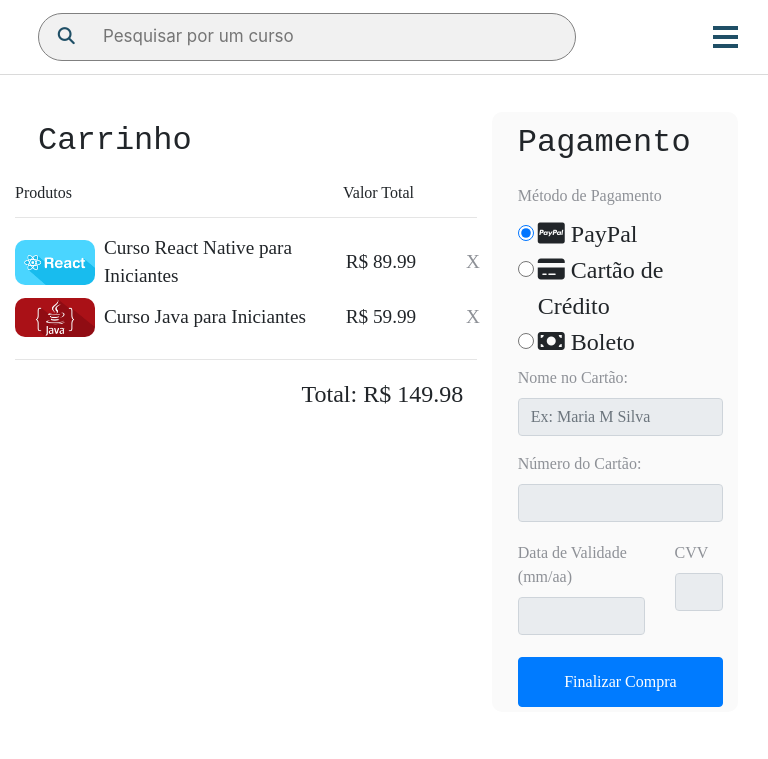
Repository: dudualtmann/Wissen
Page: Projeto Final2/WebContent/checkout.html
The author's editor kept a copy of each file at every save. The page is drawn from the files as they stood at one save, then again after the next save.
The browser window is 768 px wide. The pictures show the whole page.
Some web fonts or font styles are not loaded; a fallback is used. Some web libraries are served in a nearby version.

Above is the page before, as saved 2021-01-30 06:50:39.

### Projeto Final2/WebContent/checkout.html
<!doctype html>
<html lang="pt-br">
  <head>
    <title>Wissen | Checkout</title>
    <!-- Required meta tags -->
    <meta charset="ISO-8859-1">
    <meta name="viewport" content="width=device-width, initial-scale=1, shrink-to-fit=no">
    <link href="https://fonts.googleapis.com/css2?family=Bree+Serif&display=swap" rel="stylesheet">
    <link href="https://fonts.googleapis.com/css2?family=Big+Shoulders+Inline+Display:wght@600&display=swap" rel="stylesheet">
    <link rel="preconnect" href="https://fonts.gstatic.com">
    <link href="https://fonts.googleapis.com/css2?family=Major+Mono+Display&display=swap" rel="stylesheet">
    <link rel="stylesheet" href="css/style.css">
    <link rel="stylesheet" href="css/checkout.css">
    <script src="https://kit.fontawesome.com/b1b1442df1.js" crossorigin="anonymous"></script>
    <!-- Bootstrap CSS -->
    <link rel="stylesheet" href="https://stackpath.bootstrapcdn.com/bootstrap/4.3.1/css/bootstrap.min.css" integrity="sha384-ggOyR0iXCbMQv3Xipma34MD+dH/1fQ784/j6cY/iJTQUOhcWr7x9JvoRxT2MZw1T" crossorigin="anonymous">
  </head>
  <body>

    <header class="header-wissen">
        <nav class="menu-topo-wissen row">
        <div class="wis-menu col-sm-2">
            <a class="logo-wissen-a" href="index.html" title="Wissen - A Plataforma do Conhecimento">
                <img class="logo-wissen" src="images/labelwissen.png" alt="WISSEN">
            </a>
        </div>

        <nav class="menu-itens col-sm-6">
            <span class="nav-item"><a href="#">Categorias</a></span>
            <span class="span-search">
                <input type="text" placeholder="Pesquisar por um curso">
                <button type="submit"><i class="fa fa-search"></i></button>
            </span>
        </nav>

        <div class="login-box col-sm-4 pr-5">
            <a class="btn-cart" href="#" role="button" ><i class="fas fa-shopping-cart"></i></a>
            <a class="btn-heart" href="#" role="button" ><i class="fas fa-heart"></i></a>
            <a class="btn-cursos" href="#" role="button" >Meus Cursos</a>
            <a href="#"><i class="fas fa-user link-login-wissen login-svg" ></i></a>
        </div>
    </nav>
    <!-- Mobile -->
    <nav class="nav-mobile">


        <span class="span-search">
            <input type="text" placeholder="Pesquisar por um curso">
            <button type="submit"><i class="fa fa-search"></i></button>
        </span>



        <div class="burger">
            <div class="line1"></div>
            <div class="line2"></div>
            <div class="line3"></div>
        </div>

        <ul class="nav-links">
            <li class="nav-li1"><a href="#">Categorias</a></li>
            <li ><a class="btn-cart" href="#" role="button" ><i class="fas fa-shopping-cart"></i></a></li>
            <li ><a class="btn-heart" href="#" role="button" ><i class="fas fa-heart"></i></a></li>
            <li ><a class="btn-cursos" href="#" role="button" >Meus Cursos</a></li>
            <li><a href="#"><i class="fas fa-user link-login-wissen login-svg"></i></a></li>
            <li><a class="logo-wissen-a" href="home.html" title="Wissen - A Plataforma do Conhecimento">
                <img class="logo-wissen" src="images/labelwissen.png" alt="WISSEN">
            </a></li>
        </ul>
    </nav>
    </header>

    <main class="container-fluid">
        <form action="SvCadastroPedido" method="POST">
            <input type="hidden" name="id_cursos" id="id_cursos" value="">
            <input type="hidden" name="total-price" id="total-price" value="">

        <section class="row main-section">

        <div class="col-md-8 left-col">
            <p class="p-title">Carrinho</p>
            <div class="divider">
                <div class="div-products">
                    <div class="row labels">
                        <p class="col-md-8">Produtos</p>
                        <p class="col-md-4">Valor Total</p>
                    </div>
                    <hr>

                    <div class="courses row align-items-center">
                        <div class="col-md-8 item">
                            <img src="images/react.png" alt="">
                            <div class="p-text">Curso React Native para Iniciantes</div>
                        </div>
                        <div class="col-md-3">
                            <div class="p-text">R$ 89.99</div>
                        </div>
                        <div class="col-md-1"><button class="btn-x">X</button></div>
                        <input type="hidden" class="id-curso" value="2">
                    </div>

                    <div class="courses row align-items-center">
                        <div class="col-md-8 item">
                            <img src="images/java.png" alt="">
                            <div class="p-text">Curso Java para Iniciantes</div>
                        </div>
                        <div class="col-md-3">
                            <div class="p-text">R$ 59.99</div>
                        </div>
                        <div class="col-md-1"><button class="btn-x">X</button></div>
                        <input type="hidden" class="id-curso" value="1">
                    </div>

                    <hr>
                    <div class="total">
                        <p class="total-price">Total: R$ <span id="preco-total">149.98</span></p>
                    </div>

                </div>
            </div>
        </div>

        <div class="col-md-4 right-col">
            <p class="p-title">Pagamento</p>
            <div class="div-checkout">
                <label class="l-text">Método de Pagamento</label>
                <div class="form-check">
                    <label class="form-check-label">
                    <input type="radio" class="form-check-input" name="payment-method" id="" value="PayPal" checked>
                    <i class="fab fa-cc-paypal"></i> PayPal
                  </label>
                </div>
                <div class="form-check">
                    <label class="form-check-label">
                    <input type="radio" class="form-check-input" name="payment-method" id="" value="Cartão de Crédito">
                    <i class="fas fa-credit-card"></i> Cartão de Crédito
                  </label>
                </div>
                <div class="form-check">
                    <label class="form-check-label">
                    <input type="radio" class="form-check-input" name="payment-method" id="" value="Boleto">
                    <i class="fas fa-money-bill"></i> Boleto
                  </label>

                </div>
                <div class="form-group first-input">
                    <label class="l-text">Nome no Cartão:</label>
                    <input type="text"
                      class="form-control" name="name" id="" aria-describedby="helpId" placeholder="Ex: Maria M Silva" disabled>
                </div>
                <div class="form-group">
                    <label class="l-text">Número do Cartão:</label>
                    <input type="text"
                      class="form-control" name="name" id="" aria-describedby="helpId" placeholder="" disabled>
                </div>

                <div class="row">
                  <div class="form-group col-md-8">
                    <label class="l-text">Data de Validade (mm/aa)</label>
                    <input type="text"
                        class="form-control" name="" id="" aria-describedby="helpId" placeholder="" disabled>
                  </div>
                  <div class="form-group col-md-4">
                    <label class="l-text">CVV</label>
                    <input type="number"
                        class="form-control" name="" id="" aria-describedby="helpId" placeholder="" disabled>
                  </div>
                </div>

                <input name="" id="" class="btn btn-primary btn-finalizar" type="submit" value="Finalizar Compra">
            </div>
        </div>

    </section>
    </form>
    </main>





    <!-- Optional JavaScript -->

    <script src="https://ajax.googleapis.com/ajax/libs/jquery/3.5.1/jquery.min.js"></script>


    <!-- jQuery first, then Popper.js, then Bootstrap JS -->
    <script src="https://code.jquery.com/jquery-3.3.1.slim.min.js" integrity="sha384-q8i/X+965DzO0rT7abK41JStQIAqVgRVzpbzo5smXKp4YfRvH+8abtTE1Pi6jizo" crossorigin="anonymous"></script>
    <script src="https://cdnjs.cloudflare.com/ajax/libs/popper.js/1.14.7/umd/popper.min.js" integrity="sha384-UO2eT0CpHqdSJQ6hJty5KVphtPhzWj9WO1clHTMGa3JDZwrnQq4sF86dIHNDz0W1" crossorigin="anonymous"></script>
    <script src="https://stackpath.bootstrapcdn.com/bootstrap/4.3.1/js/bootstrap.min.js" integrity="sha384-JjSmVgyd0p3pXB1rRibZUAYoIIy6OrQ6VrjIEaFf/nJGzIxFDsf4x0xIM+B07jRM" crossorigin="anonymous"></script>
    <script src="js/nav.js"></script>
    <script src="js/checkout.js"></script>

  </body>
</html>

### Projeto Final2/WebContent/css/style.css
/* style.css */

/* --- Header ---- */

.menu-topo-wissen{
    width: 100%;
}

.logo-wissen{
    margin-left: 25px;
    width: 170px;
}

.header-wissen{
    height: 75px;
    position: fixed;
    top: 0;
    z-index: 120;
    background-color: #fff;
    width: 100%;
    display: flex;
    align-items: center;
    padding: 0;
    border-bottom: 1px solid #dadada;
    box-sizing: border-box;
}

.login-box{
    display: flex;
    flex: 0 0 auto;
    align-items: center;
    justify-content: flex-end;
}

.login-svg{
    width: 30px;
}

.btn-cadastrar{
    background: #D9E7EE;
    right: 25px;
    color: #1F4F66;
    top: 18px;
    padding: 13px 20px;
    border-radius: 26px;
    font-weight: 600;
    margin-right: 10px;
    cursor: pointer;
    text-decoration: none;
}

.menu-itens{
    display: flex;
    justify-content: flex-start;
    align-items: center;
    font-family: 'Bree Serif', serif;
}

.menu-itens span a{
    text-decoration: none;
    color: #1F4F66;
    font-size: 1.4rem;
}

.menu-itens span a:hover{
    color: #1f50669a;
}

.nav-item{
    margin-left: 5%;
}

.burger{
    display: none;
}

.burger div{
    width: 25px;
    height: 4px;
    background-color:  #1F4F66;
    margin: 5px;
}

.nav-links{
    font-family: 'Bree Serif', serif;
    list-style: none;
    color: #1F4F66;
    font-size: 1.4rem;
    display: none;
}

.nav-links a{
    color: #1F4F66;
    text-decoration: none;
}

.nav-links a:hover{
    color: #1f50669a;
    text-decoration: none;
}

.nav-mobile{
    display: none;
}

/* CSS da NAV de quanto está logado */

.btn-cart{
    color: #1F4F66;
    font-size: 25px;
    padding: 13px 20px;

}

.btn-heart{
    color: #1F4F66;
    font-size: 25px;
    padding: 13px 20px;
    border-radius: 26px;
    margin-right: 20px;
}

.login-box a:hover{
    color:  #1f50669a;
}

.span-search {
    border: 1px solid grey;
    background: #f1f1f1;
    border-radius: 25px;
    width: 100%;
    margin-left: 5%;
}

.span-search input{
    padding: 10px;
    font-size: 17px;
    border: none;
    width: 90%;
    background: transparent;
    outline: none;
}

.span-search button {
    width: 10%;
    padding: 10px;
    float: left;
    background-color: transparent;
    border: none;
    text-decoration: none;
    color: #1F4F66;
    font-size: 17px;
    border-left: none; /* Prevent double borders */
    cursor: pointer;
}

.btn-cursos{
    font-family: 'Bree Serif', serif;
    text-decoration: none;
    color: #1F4F66;
    font-size: 1.4rem;
    margin-right: 5%;
}

.btn-cursos:hover{
    text-decoration: none;
    color:  #1f50669a;
}

.login-svg{
    color: #1F4F66; font-size: 30px;

}

.cart-number{
    position: absolute;
    text-align: center;
    font-family: 'Bree Serif', serif;
    top: 15px;
    right: 327px;
    background-color: red;
    width: 20px;
    border-radius: 80%;
}

/* Footer */

.footer-wissen{
    width: 100vw;
    background-color: rgb(241, 241, 241);
}

.footer-slogan h1{
    color: black;
    font-family: 'Bree Serif', serif;
    font-size: 24px;
    font-weight: 600;
    line-height: 1.88;
}

.copyright p{
    color:  rgba(121, 121, 121, 0.7);
    font-family: Inter;
    font-size: 1.3rem;
    font-weight: 300;
}



@media screen and (max-width:848px){

    .nav-mobile{
        display: flex;
        justify-content: space-around;
        align-items: center;
    }

    .wis-menu{
        position: absolute;
        left: 0;
    }

    .menu-topo-wissen .wis-menu,.menu-topo-wissen .menu-itens, .menu-topo-wissen .login-box{
        display: none;
    }

    .burger{
        display: block;
        margin-right: 25px;
        cursor: pointer;
    }

    .nav-links{
        display: flex;
        position: absolute;
        right: 0px;
        height: 110vh;
        top: 75px;
        background-color:#fff;
        flex-direction: column;
        align-items: center;
        width: 100%;
        transition: transform 0.5s ease-in;
        transform: translateX(100%);
    }

    .nav-links li{
        padding: 20px;
        opacity: 0;
    }

    .nav-li1{
        margin-top: 20px;
    }

    .login-box{
        margin-left: 40%;
    }

    .span-search input{
        width: 80%;
    }

    .span-search{
        width: 70%;
        position: absolute;
        left: 0;
    }

    .btn-heart{
        margin-right: 0;
    }

    .btn-cursos{
        margin-right: 0;
    }



}

.nav-active{
    transform: translateX(0%);
}

@keyframes navLinkFade{
    from{
        opacity: 0;
        transform: translateX(50px);
    }
    to{
        opacity: 1;
        transform: translateX(0px);
    }
}

### Projeto Final2/WebContent/css/checkout.css
/* checkout.css */

*{
    margin: 0px;
    padding: 0px;
    box-sizing: border-box;
    text-decoration: none;

}

.main-section{
    margin-top: 75px;
    width: 100%;
    height: 100%;
}

.p-title{
    margin-top: 1%;
    font-size: 2.0rem;
    margin-left: 5%;
    font-family: 'Major Mono Display', monospace;
}

.left-col,.right-col{
    margin-top: 5%;
    height: 600px;
}

/* Left-col */

.div-products{
    font-family: 'Bree Serif', serif;
    width: 85%;
}

.labels{
    height: 20px;
}

.divider{
    width: 100%;
    margin-top: 3%;
    display: flex;
    justify-content: center;
}

.courses{
    margin-top: 2%;
    height: 50px;
}

.btn-x{
    background-color: #FFFFFF;
    border: none;
    width: 100%;
    font-size: 1.2rem;
    color: #8E9197;
}

.btn-x:hover{
    color: #c4c4c5;
}

.p-text{
    font-size: 1.2rem;
    margin-left: 3%;
}

.item{
    display: flex;
    align-items: center;
}

.item img{
    width: 80px;
    border-radius: 10px;
}

.total{
    display: flex;
    width: 100%;
    justify-content: flex-end;
}

.total-price{
    margin-right: 3%;
    font-size: 1.5rem;
}

/* Right-col */

.right-col{
    background-color: #FAFAFA;
    padding: 5px;
    border-radius: 10px;
}

.div-checkout{
    margin-top: 8%;
    margin-left: 5%;
    font-family: 'Bree Serif', serif;
}

.l-text{
    font-family: 'Bree Serif', serif;
    font-size: 1.0rem;
    color: #8E9197;
}

.form-check-label{
    font-size: 1.5rem;
}

.form-check-input{
    height: 1.5rem;
    width: 1rem;
}

.form-group{
    margin-top: 1%;
}

.first-input{
    margin-top: 3%;
}

.btn-finalizar{
    margin-top: 3%;
    width: 100%;
    height: 50px;
}

@media screen and (max-width: 768px){
	.div-products{
    font-family: 'Bree Serif', serif;
    width: 100%;
}
	}

### Projeto Final2/WebContent/js/nav.js
// nav.js
const navSlide = () =>{
    const burger = $('.burger').get(0);
    const nav = $('.nav-links').get(0);
    const navLinks = document.querySelectorAll('.nav-links li');
    const navLinks2 = $('nav-links li');


    burger.addEventListener('click', () => {
        // Toggle Nav
        nav.classList.toggle('nav-active');
        // Animated Links
        navLinks.forEach((link,index) => {
        if(link.style.animation){
            link.style.animation = '';
        }
        else{
            link.style.animation =  `navLinkFade 0.5s ease forwards ${index/5+0.5}s`;
        }

    });
    });

    $(document).on('click', '.nav-links li a', function(){
        // Toggle Nav
        nav.classList.toggle('nav-active');
        // Animated Links
        navLinks.forEach((link,index) => {
        if(link.style.animation){
            link.style.animation = '';
        }
        else{
            link.style.animation =  `navLinkFade 0.5s ease forwards ${index/5+0.5}s`;
        }

    });
    })





}

navSlide();

### Projeto Final2/WebContent/js/checkout.js
// checkout.js

$(document).ready(function(){
    var divCursos = $(".id-curso");
    let idCursos = "";



    for(i = 0; i < divCursos.length;i++){
        if(divCursos.eq(i).val() != undefined){
            if(i >= 1)
            idCursos += "," + divCursos.eq(i).val();
            else
            idCursos = divCursos.eq(0).val();
        }

    }

$('#id_cursos').val(idCursos);

$('#total-price').val($('#preco-total').text());

})

var carrinho = $('.cart-number').text();

$(document).on('click', '.btn-x', function() {
    let id = $(this).parent().parent().find("input").val();
    let parentDiv = $(this).parent().parent();
    let coursePrice = $(this).parent().parent().find(".col-md-3 .p-text .course-price").text();
    $.ajax({url:"SvRemoveCarrinho", data: {idCurso:id},type: "post", success: function(responseText) {
        if(responseText == "ok"){
            // Curso removido do carrinho com sucesso
            carrinho -= 1;
            $('.cart-number').text(carrinho).show();

            console.log(coursePrice + " Course-price");
            let totalPrice = $('#total-price').val();
            console.log(totalPrice + " total price");
            totalPrice -= coursePrice;
            $('#total-price').val(totalPrice);
            $('#preco-total').text(totalPrice)
            parentDiv.remove();
        } else{
            // Erro ao adicionar curso no carrinho
            alert('erro: '+responseText);
        }

    }});
});

$(document).on('change', "#credit-card",function(){
	if($(this).prop("checked")){
		$('.card-info').prop("disabled",false);
	}
});

$(document).on('change', '#paypal, #boleto',function(){
	if($(this).prop("checked")){
		$('.card-info').prop("disabled",true);
	}
});

After the next save:
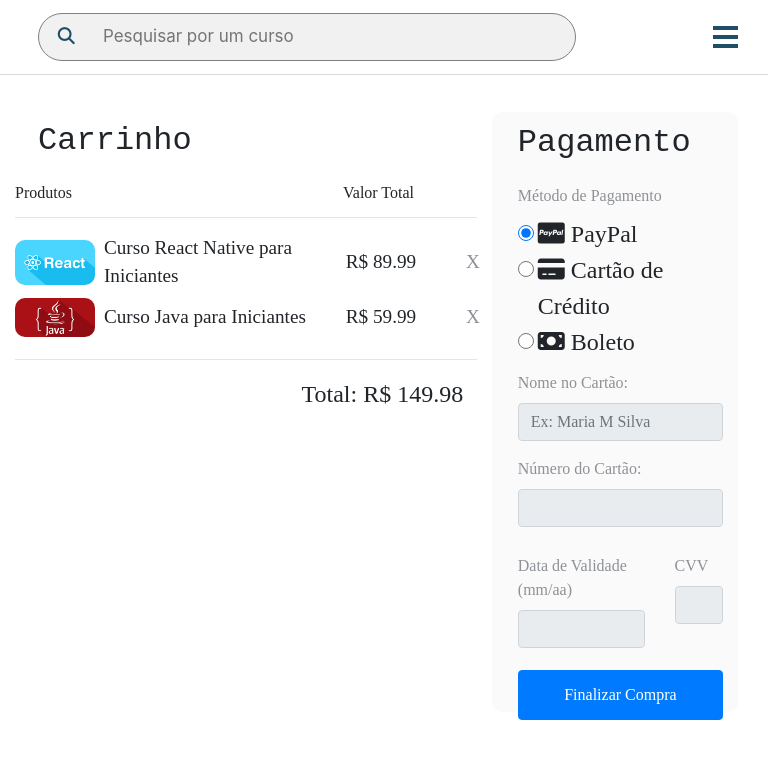
Saved 45 s later.
--- a/Projeto Final2/WebContent/css/checkout.css
+++ b/Projeto Final2/WebContent/css/checkout.css
@@ -132,7 +132,9 @@
 
 @media screen and (max-width: 768px){
 	.div-products{
-    font-family: 'Bree Serif', serif;
     width: 100%;
 }
+.form-group{
+    margin-top: 5%;
+}
 	}

After the save that followed:
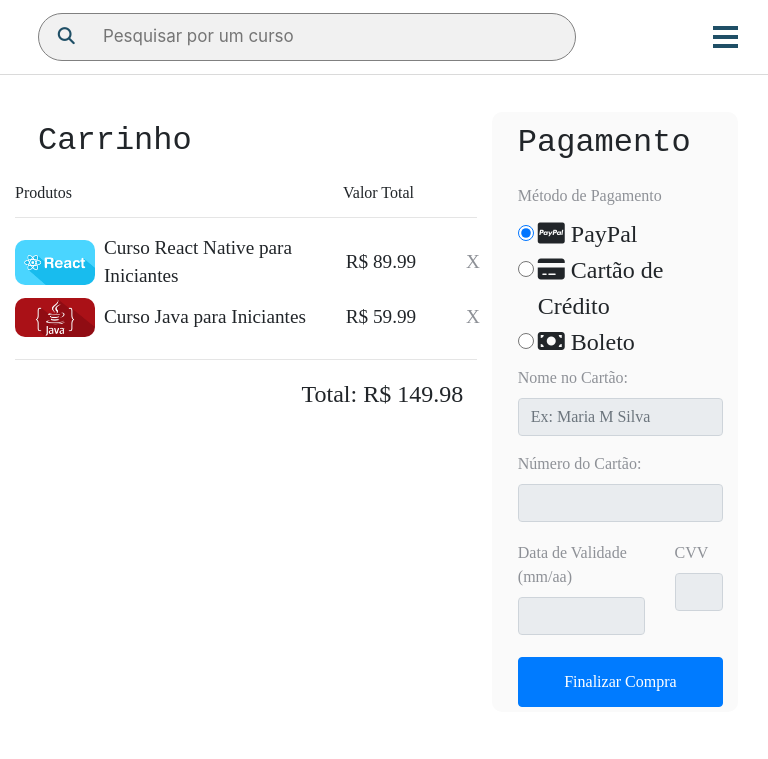
Saved 18 s later.
--- a/Projeto Final2/WebContent/css/checkout.css
+++ b/Projeto Final2/WebContent/css/checkout.css
@@ -134,7 +134,4 @@
 	.div-products{
     width: 100%;
 }
-.form-group{
-    margin-top: 5%;
-}
 	}
